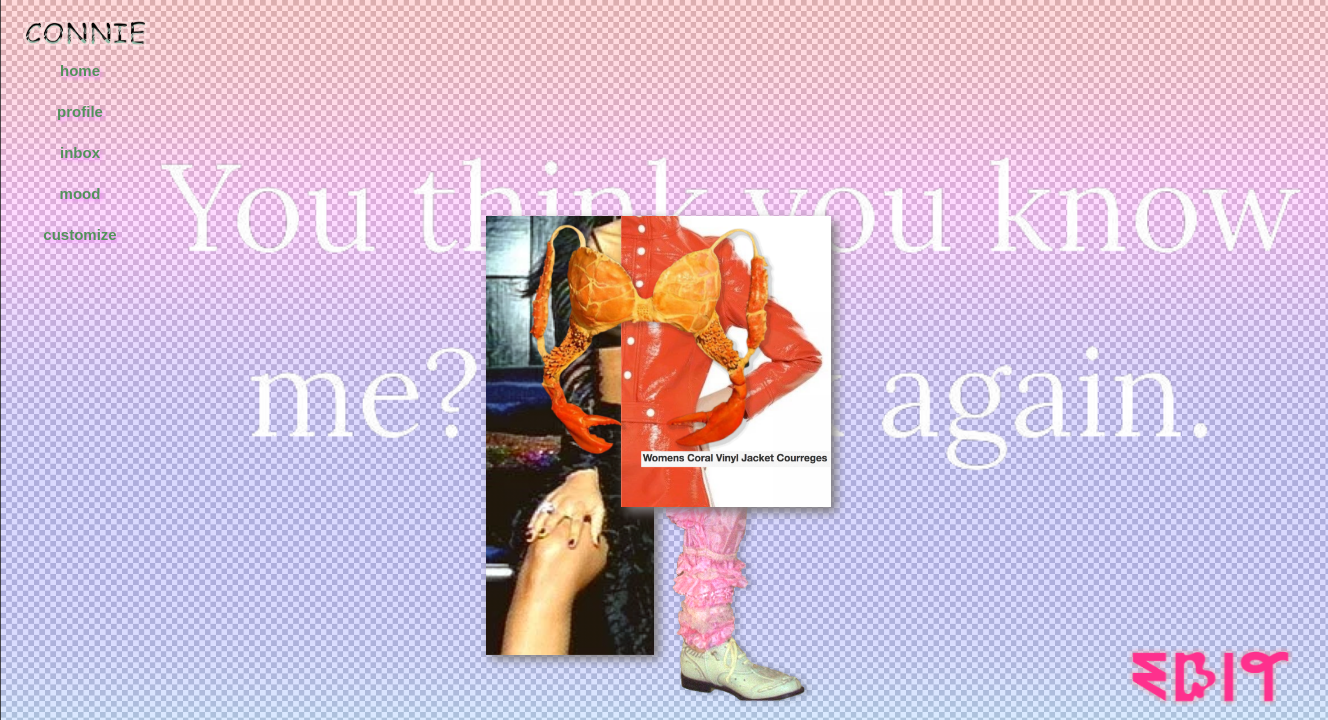
Repository: xuc009/xuc009.github.io
Page: track14/index.html
These files come from the project's save history. The page is drawn as it stood at one moment and after the next save; the edit follows.
The browser window is 1280 px wide. The page is 1328 px wide, so the pictures cover 1328 px, including what lies to the right of the window. The pictures show the whole page.
Some web fonts or font styles are not loaded; a fallback is used. Some web libraries are served in a nearby version.

Above is the page before, as saved 2018-12-08 17:31:13.

### track14/index.html
<!DOCTYPE html>
<html lang="en">
  <head>
    <title>Track 10</title>
    <link rel="shortcut icon" href="" />
    <meta charset="utf-8">
    <meta name="description" content="" />
    <meta property="og:image" content=""/>
    <meta name="viewport" content="width=device-width, initial-scale=1" />
    <script src="https://ajax.googleapis.com/ajax/libs/jquery/3.3.1/jquery.min.js"></script>
    <script src="https://www.w3schools.com/lib/w3.js"></script>
    <link href="assets/css/styles.css" media="all" rel="stylesheet" />
    <meta charset="utf-8" />
    <title>jQuery UI Draggable - Default functionality</title>
    <link rel="stylesheet" href="http://code.jquery.com/ui/1.9.2/themes/base/jquery-ui.css" />
    <script src="http://code.jquery.com/jquery-1.8.3.js"></script>
    <script src="http://code.jquery.com/ui/1.9.2/jquery-ui.js"></script>
    <link href="https://fonts.googleapis.com/css?family=Michroma" rel="stylesheet">
    <style>
    .draggable { width: 0px; height: 0px; padding: 0; }
    </style>
    <script>
    $(function() {
        $( ".draggable" ).draggable();
    });
    </script>

  </head>

  <body>

      <div class="dropdown">
          <button class="dropbtn"><img src="assets/img/conniemenu.gif" width="140px"></button>
          <div class="dropdown-content">
            <a href="#">home</a>
            <a href="#">profile</a>
            <a href="#">inbox</a>
            <a href="#">mood</a>
            <a href="#">customize</a>
          </div>
        </div>

      <div class="edit">
        <a href="https://xuc009.github.io/track10/index.html">
        <img src="assets/img/edit.png" width="300px">
        </a>
      </div>

    <div id="draggable1" class="ui-widget-content draggable tooltip">
        <span class="tooltiptext">id.png</span>
       <img src="assets/img/britney.png" width="1200px">
      </div>

      <div id="draggable2" class="ui-widget-content draggable tooltip">
          <span class="tooltiptext">↗ Aaliyah by me 🔗📹🤗🦋✨ ⬈</span>
        <a href="https://xuc009.github.io/track2/index.html" target="_blank">
          <img src="assets/img/torsob1.png" width="168px">
        </a>
      </div>

      <div id="draggable3" class="ui-widget-content draggable tooltip">
          <span class="tooltiptext">https://goo.gl/MuuDqj</span>
          <a href="https://goo.gl/MuuDqj" target="_blank">
          <img src="assets/img/foot1.png" width="149px">
          </a>
        </div>

     <div id="draggable4" class="ui-widget-content draggable four tooltip">
        <span class="tooltiptext">https://ebay.us/9TBpsq</span>
        <a href="https://ebay.us/9TBpsq" target="_blank">
            <img src="assets/img/torsoa1.png" width="210px">
        </a>
          </div>

      <div id="draggable5" class="ui-widget-content draggable five tooltip">
          <span class="tooltiptext">https://www.instagram.com/p/BoPapCyAAdp/</span>
          <a href="https://www.instagram.com/p/BoPapCyAAdp/" target="_blank">
          <img src="assets/img/bra1.png" width="250px">
          </a>
        </div>









      </div>
    </div>

  </body>
</html>

### track14/assets/css/styles.css
* { box-sizing: border-box; }

body{
	background-color: #ffffff;
	background-image: url('../img/background.png');
	background-size: 1500px;
	margin: 0 auto 0 auto;
	display: inline-block;
    font-size: 0px;
}

.tooltip {
    position: relative;
    display: inline-block;
    border-bottom: 1px dotted black;
}

.tooltip .tooltiptext {
    visibility: hidden;
    /* width: 120px; */
    background-color: #FF308D;
    color: #00E6FF;
    text-align: center;
    padding: 5px 10px;
    font-size:15px;
    font-family: Arial, Helvetica, sans-serif;
    font-weight: 400;

    /* Position the tooltip */
    position: fixed;
    z-index: 1;
    bottom: 0px;
    left:0 ;
}

.tooltip:hover .tooltiptext {
    visibility: visible;
}

a { cursor: move; }

.draggable{
    box-shadow: 5px 5px 10px #000000;
}

#draggable1{
    background: #fff;
    border: none;
    box-shadow: 5px 5px 10px #807d7d;
    cursor: move;
    position: absolute;
    top: 15%;
    left: 10%;
}


#draggable2 {
    width: 168px;
    height: 438.38px;
    border: none;
    box-shadow: 5px 5px 10px #807d7d;
    position: absolute;
    top: 30%;
    left: 38%;
    cursor: move;
}


#draggable3 {
    width: 365px;
    border: none;
    position: absolute;
    top: 65%;
    left: 52%;
    cursor: move;
}



#draggable4{
    position: absolute;
    width: 210px;
    height: 291px;
    top: 30%;
    left: 48.5%;
    cursor: move;
    border: none;
    box-shadow: 5px 5px 10px #807d7d;

}

#draggable5{
    position: absolute;
    top: 31%;
    left: 41%;
    cursor: move;
    border: none;
}

.edit{
    position: fixed;
    bottom:0;
    left: 83%;
    cursor: pointer;
    transition: all 300ms;
}

.edit:hover{
    transform: translateX(3px) translateY(-3px);
    /* transform: scale(1.05); */
}

.dropbtn {
    background-color: Transparent;
    width: 140px;
    height: 26px;
    padding: 16px;
    font-size: 16px;
    border: none;
    outline: none;
}

.dropdown {
    position: relative;
    width: 140px;
    display: inline-block;
}

.dropdown-content {
    display: none;
    position: absolute;
    background-color: transparent;
    min-width: 160px;
    text-shadow: 2px 2px 5px #F48BFF;
    z-index: 1;
    font-size: 15px;
    text-align: center;
    font-family: Arial, Helvetica, sans-serif;
    font-weight: 600;
}

.dropdown-content a {
    color: #52935A;
    padding: 12px 16px;
    text-decoration: none;
    display: block;
}

.dropdown-content a:hover {text-shadow: 2px 2px 5px #54FAFF;}

.dropdown:hover .dropdown-content {display: block;}

.dropdown:hover .dropbtn {background-color: none;}

After the next save:
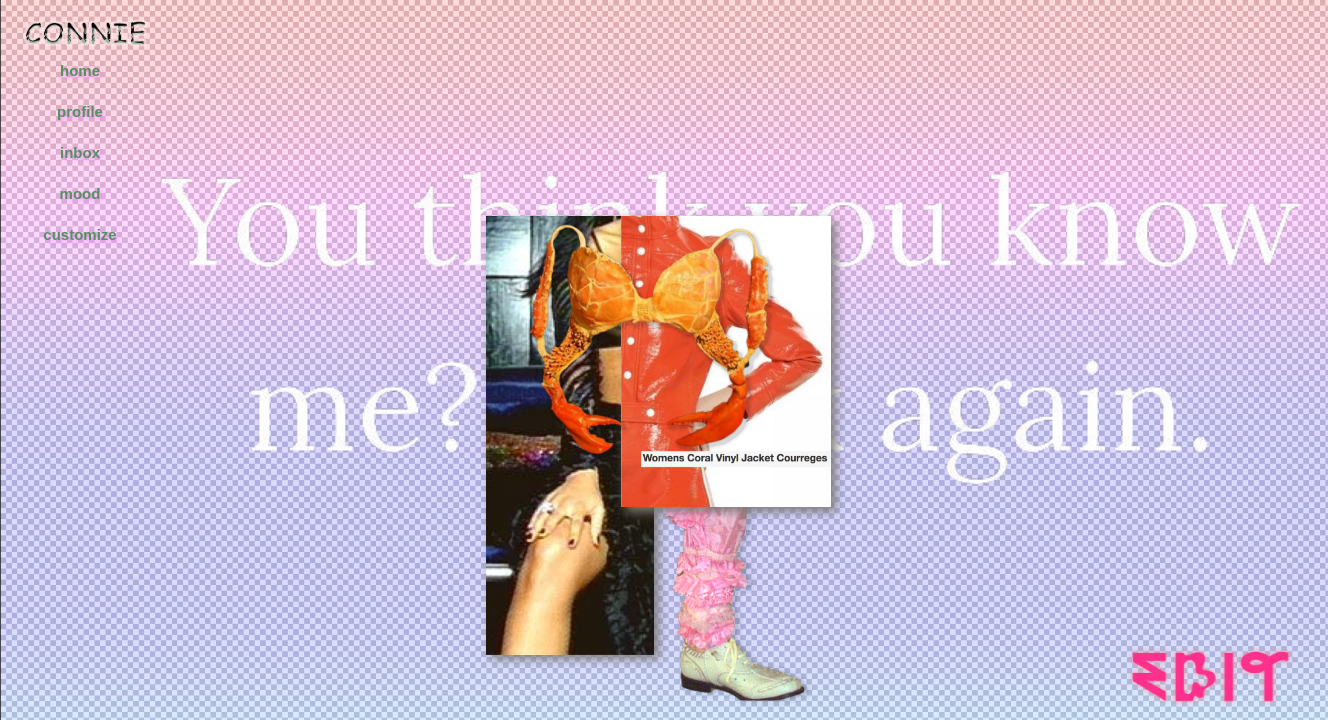
Saved 5 s later.
--- a/track14/assets/css/styles.css
+++ b/track14/assets/css/styles.css
@@ -49,7 +49,7 @@ a { cursor: move; }
     box-shadow: 5px 5px 10px #807d7d;
     cursor: move;
     position: absolute;
-    top: 15%;
+    top: 17%;
     left: 10%;
 }
 
